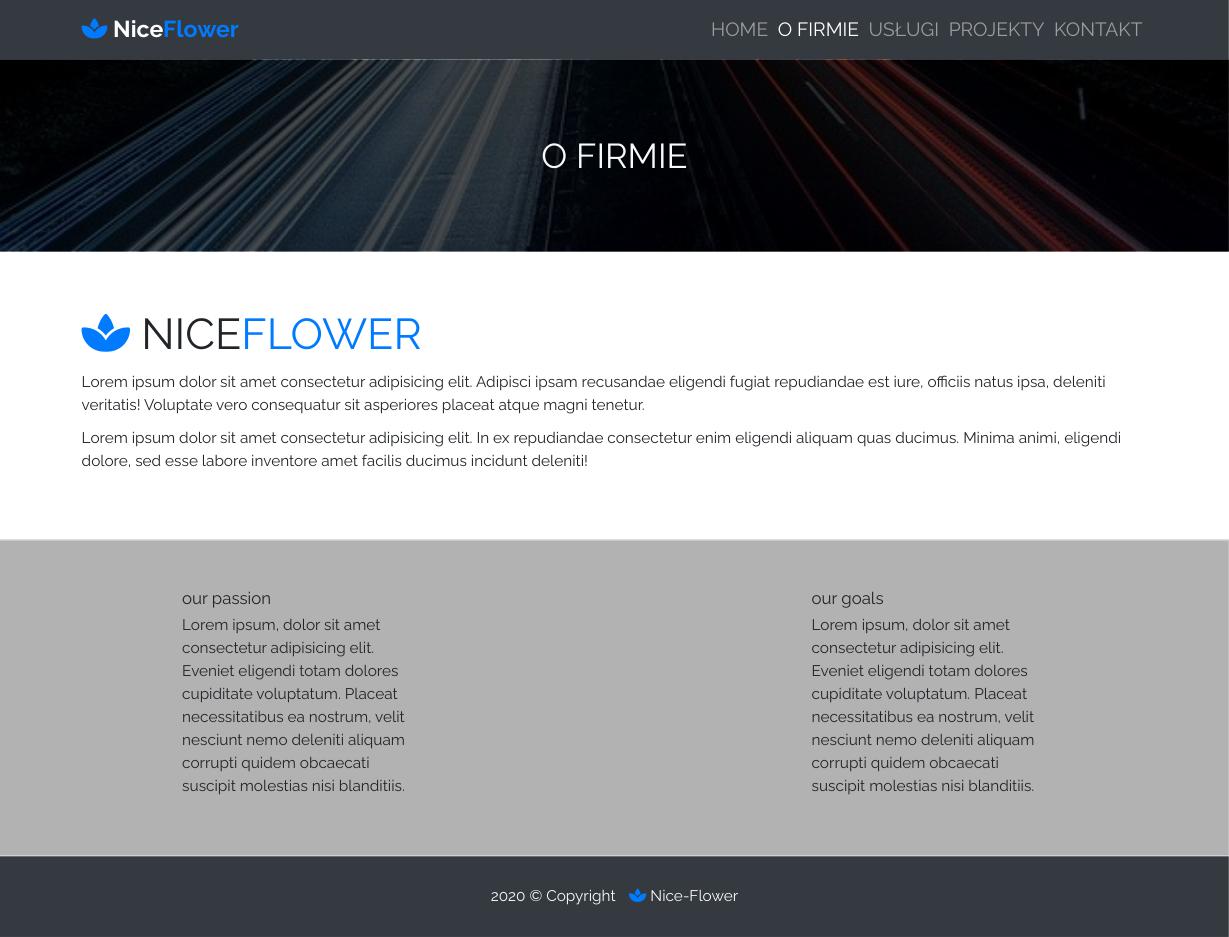
Repository: KrzysKolo/Projekt-13_Kwiaciarnia
Page: abouteus.html
The author's editor kept a copy of each file at every save. The page is drawn from the files as they stood at one save, then again after the next save.
The browser window is 1280 px wide. The pictures show the whole page, at 96% of full size.
Some web libraries are served in a nearby version.

Above is the page before, as saved 2020-08-10 09:33:56.

After the next save:
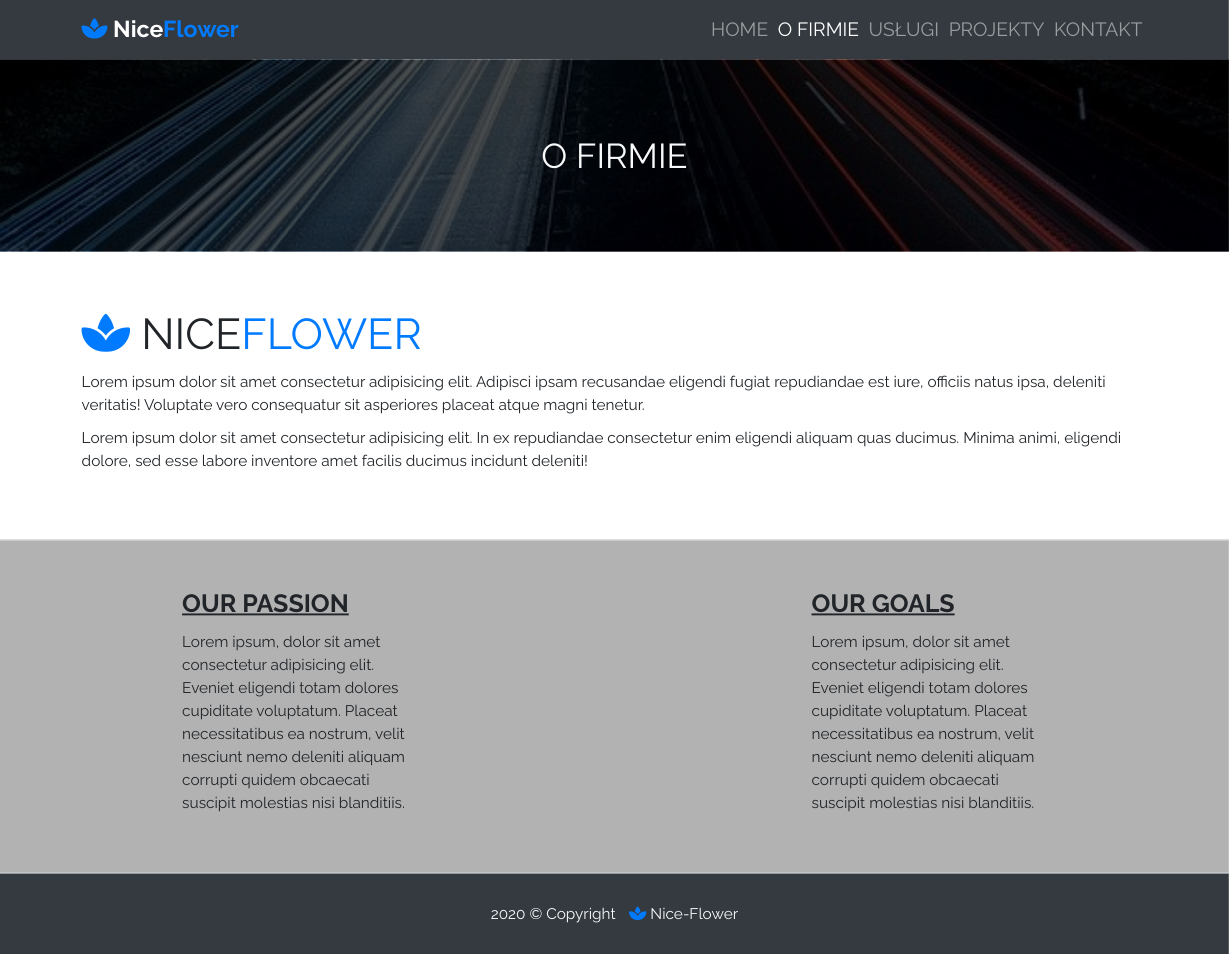
Saved 110 s later.
--- a/style.css
+++ b/style.css
@@ -119,6 +119,13 @@ header {
 .aboutus-text {
   padding: 1.8rem;
 }
+.aboutus-text h3 {
+  margin-bottom: 0.5em;
+  font-size: 2.6rem;
+  text-transform: uppercase;
+  font-weight: bold;
+  text-decoration: underline;
+}
 /* ----------- */
 /*    footer   */
 /* ----------- */
